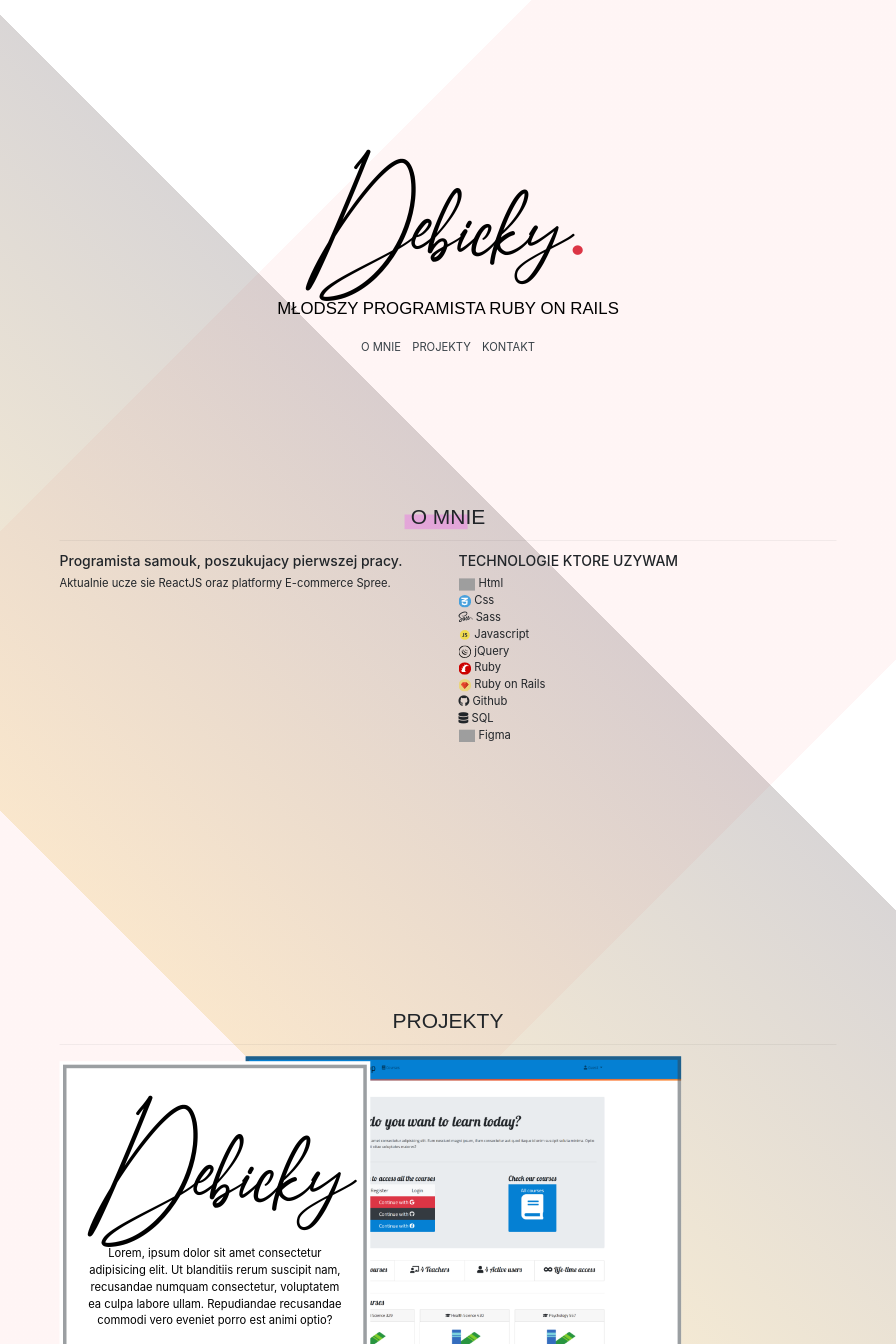
Repository: debicky/debicky.github.io
Page: index.html
The author's editor kept a copy of each file at every save. The page is drawn from the files as they stood at one save, then again after the next save.
The browser window is 1280 px wide. The pictures show the part of the page from y = 0 to 1920 px (the page is 4139 px tall before and 4283 px after), at 70% of full size.
Pictures or frames that could not be fetched are drawn as grey boxes. Some web fonts or font styles are not loaded; a fallback is used. Some web libraries are served in a nearby version.

Above is the page before, as saved 2020-06-14 16:00:32.

### index.html
<!DOCTYPE html>
<html lang="en">
<head>
  <meta charset="UTF-8">
  <meta name="viewport" content="width=device-width, initial-scale=1.0">
  <title>Debicky</title>
  <link rel="stylesheet" href="https://stackpath.bootstrapcdn.com/bootstrap/4.5.0/css/bootstrap.min.css" integrity="sha384-9aIt2nRpC12Uk9gS9baDl411NQApFmC26EwAOH8WgZl5MYYxFfc+NcPb1dKGj7Sk" crossorigin="anonymous">
  <link rel="stylesheet" href="https://cdnjs.cloudflare.com/ajax/libs/font-awesome/5.11.2/css/all.min.css">
  <link rel="stylesheet" href="styles.css">
  <link rel="stylesheet" href="https://unpkg.com/aos@next/dist/aos.css" />

</head>
<body>


  <header>
    <div class="signature" data-aos="fade-in" data-aos-duration="2000">
      <h5 class="signature-heading ">Debicky<span class="text-danger font-weight-bolder">.</span></h5>
      <h3 class="signature-subheading">Młodszy Programista Ruby on Rails</h3>
    </div>

    <div class="container">
      <nav class="navbar navbar-expand-md p-0 rounded" data-aos="fade-in" data-aos-duration="3000">
        <button class="navbar-toggler" type="button" data-toggle="collapse" data-target="#navbarSupportedContent" aria-controls="navbarSupportedContent" aria-expanded="false" aria-label="Toggle navigation">
          <i class="fas fa-bars"></i>
          <i class="fas fa-times"></i>
        </button>

        <div class="collapse navbar-collapse d-md-flex justify-content-center" id="navbarSupportedContent">
          <ul class="navbar-nav">
            <li class="nav-item">
              <a class="nav-link" href="#about">O mnie</a>
            </li>
            <li class="nav-item">
              <a class="nav-link" href="#projects">Projekty</a>
            </li>
            <li class="nav-item">
              <a class="nav-link" href="#contact">Kontakt</a>
            </li>
          </ul>
        </div>
      </nav>
    </div>
  </header>

  <section class="about" id="about">
    <div class="container">
      <h1 class="text-center">O mnie</h1>
      <hr>

      <div class="row">
        <div class="col-12 col-md-6 col-lg-6 mb-5 mb-md-0">
          <h5>
            Programista samouk, poszukujacy pierwszej pracy.
          </h5>
          Aktualnie ucze sie ReactJS oraz platformy E-commerce Spree.
        </div>
        <div class="col-12 col-md-6 col-lg-6 mb-5 mb-md-0">
          <h5 class="text-uppercase">Technologie ktore uzywam</h5>
            <ul class="list-unstyled">
              <li>
                <img src="/images/icons/html.svg" alt=""> Html
              </li>
              <li>
                <img src="/images/icons/css.svg" alt=""> Css
              </li>
              <li>
                <i class="fab fa-sass"></i> Sass
              </li>
              <li>
                <img src="/images/icons/js.svg" alt=""> Javascript
              </li>
              <li>
                <img src="/images/icons/jquery.svg" alt=""> jQuery
              </li>
              <li>
                <img src="/images/icons/ror.svg" alt=""> Ruby
              </li>
              <li>
                <img src="/images/icons/ruby.svg" alt=""> Ruby on Rails
              </li>
              <li>
                <i class="fab fa-github"></i> Github
              </li>
              <li>
                <i class="fas fa-database"></i> SQL
              </li>
              <li>
                <img src="/images/icons/figma.svg" alt=""> Figma
              </li>

            </ul>
        </div>
        </div>
      </div>

    </div>
  </section>




  <section class="projects" id="projects">
    <div class="container">
      <h1 class="text-center">Projekty</h1>
      <hr>

      <div class="project-1">
        <div class="about-content">
          <div class="about-description">
            <div class="signature">
              <h5 class="signature-heading">Debicky</h5>
              <p>Lorem, ipsum dolor sit amet consectetur adipisicing elit. Ut blanditiis rerum suscipit nam, recusandae numquam consectetur, voluptatem ea culpa labore ullam. Repudiandae recusandae commodi vero eveniet porro est animi optio?</p>
            </div>
          </div>
          <div class="about-image">
            <a href="/images/1.jpeg">
              <img src="/images/course.png" alt="img1">
            </a>
          </div>
        </div>
      </div>
      <div class="project-1">
        <div class="about-content">
          <div class="about-description">
            <div class="signature">
              <h5 class="signature-heading">Debicky</h5>
              <p>Lorem, ipsum dolor sit amet consectetur adipisicing elit. Ut blanditiis rerum suscipit nam, recusandae numquam consectetur, voluptatem ea culpa labore ullam. Repudiandae recusandae commodi vero eveniet porro est animi optio?</p>
            </div>
          </div>
          <div class="about-image">
            <a href="/images/1.jpeg">
              <img src="/images/blog.png" alt="img1">
            </a>
          </div>
        </div>
      </div>
      <div class="project-1">
        <div class="about-content">
          <div class="about-description">
            <div class="signature">
              <h5 class="signature-heading">Debicky</h5>
              <p>Lorem, ipsum dolor sit amet consectetur adipisicing elit. Ut blanditiis rerum suscipit nam, recusandae numquam consectetur, voluptatem ea culpa labore ullam. Repudiandae recusandae commodi vero eveniet porro est animi optio?</p>
            </div>
          </div>
          <div class="about-image">
            <a href="/images/1.jpeg">
              <img src="/images/shop.png" alt="img1">
            </a>
          </div>
        </div>
      </div>

    </div>
  </section>

  <section class="contact" id="contact">
    <div class="container">
      <h1 class="text-center">Kontakt</h1>
      <hr>

      <div class="row">
        <div class="col-12 col-md-6 col-lg-6 mb-5 mb-md-0">
          <div class="jumbotron">
            Potrzebujesz wiecej informacji?
            Wyslij mi wiadomosc e-mail lub skontaktuj sie przez Messenger!
          </div>
        </div>
        <div class="col-12 col-md-6 col-lg-6 mb-5 mb-md-0">
          <div class="jumbotron">SECOND</div>
        </div>
      </div>
    </div>
  </section>


  <footer class="py-5" id="footer">
    <div class="up" id="up">
      <i class="fas fa-chevron-up"></i>
    </div>
    <div class="container">
      <div class="row">
        <div class="col-12 col-md-5 col-lg-4 mb-5 mb-md-0">
          <div class="signature-footer">
            <h5 class="signature-footer-heading">Debicky<span class="text-danger font-weight-bolder">.</span></h5>
            <h3 class="signature-footer-subheading">Programista Ruby on Rails</h3>
          </div>
          <small class="d-block mt-2 text-muted">&copy; 2020</small>
        </div>
        <div class="col-12 col-md-5 col-lg-4 mb-5">
          <h5 class="text-uppercase">Media</h5>
            <ul class="list-unstyled mb-0">
              <li>
                <a href="https://www.facebook.com/artur.debicki.5" class="text-muted"><i class="fab fa-facebook"></i> Facebook</a>
              </li>
              <li>
                <a href="https://www.instagram.com/debicky" class="text-muted"><i class="fab fa-instagram"></i> Instagram</a>
              </li>
              <li>
                <a href="https://github.com/debicky" class="text-muted"><i class="fab fa-github"></i> Github</a>
              </li>
            </ul>
        </div>
        <div class="col-12 col-md-5 col-lg-4">
          <h5 class="text-uppercase">Kontakt</h5>
            <ul class="list-unstyled mb-0">
              <li>
                <a href="mailto:arturd444@gmail.com" class="text-muted"><i class="fas fa-envelope"></i> arturd444@gmail.com</a>
              </li>
              <li>
                <p class="text-muted"><i class="fa fa-phone"></i> +48 692 138 221</p>
              </li>
            </ul>
        </div>
      </div>
    </div>
  </footer>



  <script src="https://code.jquery.com/jquery-3.5.0.min.js" crossorigin="anonymous"></script>
  <script src="https://cdn.jsdelivr.net/npm/popper.js@1.16.0/dist/umd/popper.min.js" integrity="sha384-Q6E9RHvbIyZFJoft+2mJbHaEWldlvI9IOYy5n3zV9zzTtmI3UksdQRVvoxMfooAo" crossorigin="anonymous"></script>
  <script src="https://stackpath.bootstrapcdn.com/bootstrap/4.5.0/js/bootstrap.min.js" integrity="sha384-OgVRvuATP1z7JjHLkuOU7Xw704+h835Lr+6QL9UvYjZE3Ipu6Tp75j7Bh/kR0JKI" crossorigin="anonymous"></script>
  <script src="https://unpkg.com/aos@next/dist/aos.js"></script>
  <script src="script.js"></script>

</body>
</html>

### styles.css
@import url('https://fonts.googleapis.com/css?family=Playfair+Display+SC|Roboto:300,400&display=swap');

@font-face {
  font-family: "AmostelySignature";
  src: url("/fonts/AmostelySignature.ttf");
  }


* {
  margin: 0;
  padding: 0;
  box-sizing: border-box;
}

body {
  background-image: linear-gradient(45deg, transparent 0%, transparent 55%,rgba(238, 202, 125, 0.336) 55%, rgba(83, 67, 67, 0.219) 76%,transparent 76%, transparent 100%),linear-gradient(135deg, transparent 0%, transparent 14%,rgba(255,1,1, 0.04) 14%, rgba(255,1,1, 0.04) 41%,transparent 41%, transparent 100%),linear-gradient(45deg, transparent 0%, transparent 2%,rgba(255,1,1, 0.04) 2%, rgba(255,1,1, 0.04) 18%,transparent 18%, transparent 100%),linear-gradient(135deg, transparent 0%, transparent 61%,rgba(255,1,1, 0.04) 61%, rgba(255,1,1, 0.04) 71%,transparent 71%, transparent 100%),linear-gradient(90deg, rgb(255,255,255),rgb(255,255,255));
}

html {
  font-family: "Roboto", sans-serif;
}

a:hover {
  text-decoration: none;;
}

/* Heading */

header{
  height: 100vh;
  width: 100%;
  display: flex;
  flex-direction: column;
  align-items: center;
  justify-content: center;

}

.signature{
  color: black;
  text-align: center;
  user-select: none;
}

.signature-heading{
  font-family: 'AmostelySignature', cursive;
  font-size: 10rem;
  margin-bottom: 30px;
}

.signature-subheading{
  font-family: 'Playfair Display SC', sans-serif;
  font-size: 1.5rem;
  text-transform: uppercase;
  margin-bottom: 20px;
}

/* Navbar */

.navbar{
  background-color: #384147;
}

.navbar-toggler i{
  color: #fff;
  font-size: 1.2rem;
}

.navbar-toggler .fa-times{
  display: none;
}

.navbar-toggler.menu-open  .fa-bars{
  display: none;
}

.navbar-toggler.menu-open  .fa-times{
  display: block;
}

.navbar-nav{
  padding: 20px;
}

.nav-link{
  color: #fff;
  text-transform: uppercase;
  transition: opacity .5s;
  font-size: 1rem;
}

.nav-link:hover{
  color: maroon;
}

/* About */

.about{
  height: 100vh;
}

.about h1 {
  position: relative;
  z-index: 1;
}

.about h1::before {
  content: ' ';
  position: absolute;
  width: 3em;
  background: #ec52ec57;
  height: .7em;
  bottom: 0;
  z-index: -1;
  margin-left: -.3em;
}

.about img{
height: 18px;
}

.about-description{
  width: 100%;
  background-color: #fff;
  padding: 40px;
  outline: 5px solid rgba(56, 65, 71, 0.5);
  outline-offset: -5px;
  order: 1;
  margin-top: 5px;
}

.about-image{
  order: 2;
}

.about-image img{
  outline: 5px solid rgba(56, 65, 71, 0.5);
  outline-offset: -5px;
  width: 100%;
  height: auto;
  display: block;
}

.about-image a::after{
  font-family: 'Font Awesome 5 Free';
  content: "\f35d";
  font-weight: 600;
  position: absolute;
  top: 50%;
  left: 50%;
  transform: translate(-50%, -50%);
  color: maroon;
  font-size: 25px;
  z-index: 101;
  width: 70px;
  height: 70px;
  border: 3px solid maroon;
  border-radius: 100%;
  display: flex;
  align-items: center;
  justify-content: center;
  opacity: 0;
  transition: opacity .5s;
}

.about-image a:hover::after{
  opacity: .7;
}


/* Projects */

section h1{
  font-family: 'Playfair Display SC', sans-serif;
  font-size: 30px;
  text-transform: uppercase;
}

.project-1{
  margin-bottom: 10rem;
}





/* Contact */

.contact{
  height: 80vh;
}


.jumbotron{
  width: 100%;
  display: flex;
  align-items: center;
  justify-content: center;
}

/* Footer */


footer {
  background-color: #151515;
  color: #fff;
}

.signature-footer{
  user-select: none;
}

.signature-footer-heading{
  font-family: 'AmostelySignature', cursive;
  font-size: 50px;
  margin-bottom: 30px;
  color: #fff;
}

.signature-footer-subheading{
  font-family: 'Playfair Display SC', sans-serif;
  font-size: 12px;
  text-transform: uppercase;
  color: #fff;
}

footer h5{
  font-family: 'Playfair Display SC', sans-serif;

}


a.text-muted:hover{
  color: maroon !important;
}

.up{
  position: absolute;
  width: 5rem;
  height: 5rem;
  background-color: #fff;
  right: 3rem;
  border-radius: 100%;
  display: flex;
  animation: pulse 2.5s infinite;
  cursor: pointer;
  z-index: 1;
}

.up i{
  color: #151515;
  font-size: 2rem;
  margin: auto;
}

@keyframes pulse {
  0%{
    box-shadow: 0 0 0 0 rgba(238, 132, 125, 0.99);
  }
  70%{
    box-shadow: 0 0 0 2rem rgba(238, 202, 125, 0);

  }
  100%{
    box-shadow: 0 0 0 0 rgba(238, 202, 125, 0);

  }
}

/* Responsive */

@media screen and (min-width: 768px) {
  .navbar{
    background-color: transparent;
  }
  .navbar-nav{
    padding: 0;
  }
  .nav-link{
    color: #384147;
  }

  nav:hover .nav-link:not(:hover){
    opacity: .5;
  }

  .about-content{
    position: relative;
    display: block;
  }

  .about-description{
    position: absolute;
    top: 80%;
    transform: translateY(-50%);
    width: 60%;
    outline-offset: -10px;
  }

  .about-image img{
    width: 70%;
    margin-left: auto;
  }
}

@media screen and (min-width: 1200px) {
  .about-description{
    top: 50%;
    width: 40%;
  }

  .about-image{
    width: 80%;
  }


}

### script.js
$(document).ready(function () {

  AOS.init();


  $('.navbar-toggler').on('click', function () {
    $(this).toggleClass('menu-open');
  })

  $('.navbar .nav-link').on('click', function () {
    $('.navbar-collapse').toggleClass('show')
    $('.navbar-toggler').removeClass('menu-open')
  });

  $('nav a[href*="#').on('click', function () {
    $('html, body').animate({
      scrollTop: $($(this).attr('href')).offset().top
    }, 900);
  });

  $('#up').on('click', function () {
    $('html, body').animate({
      scrollTop: 0
    }, 900);
  });






})

After the next save:
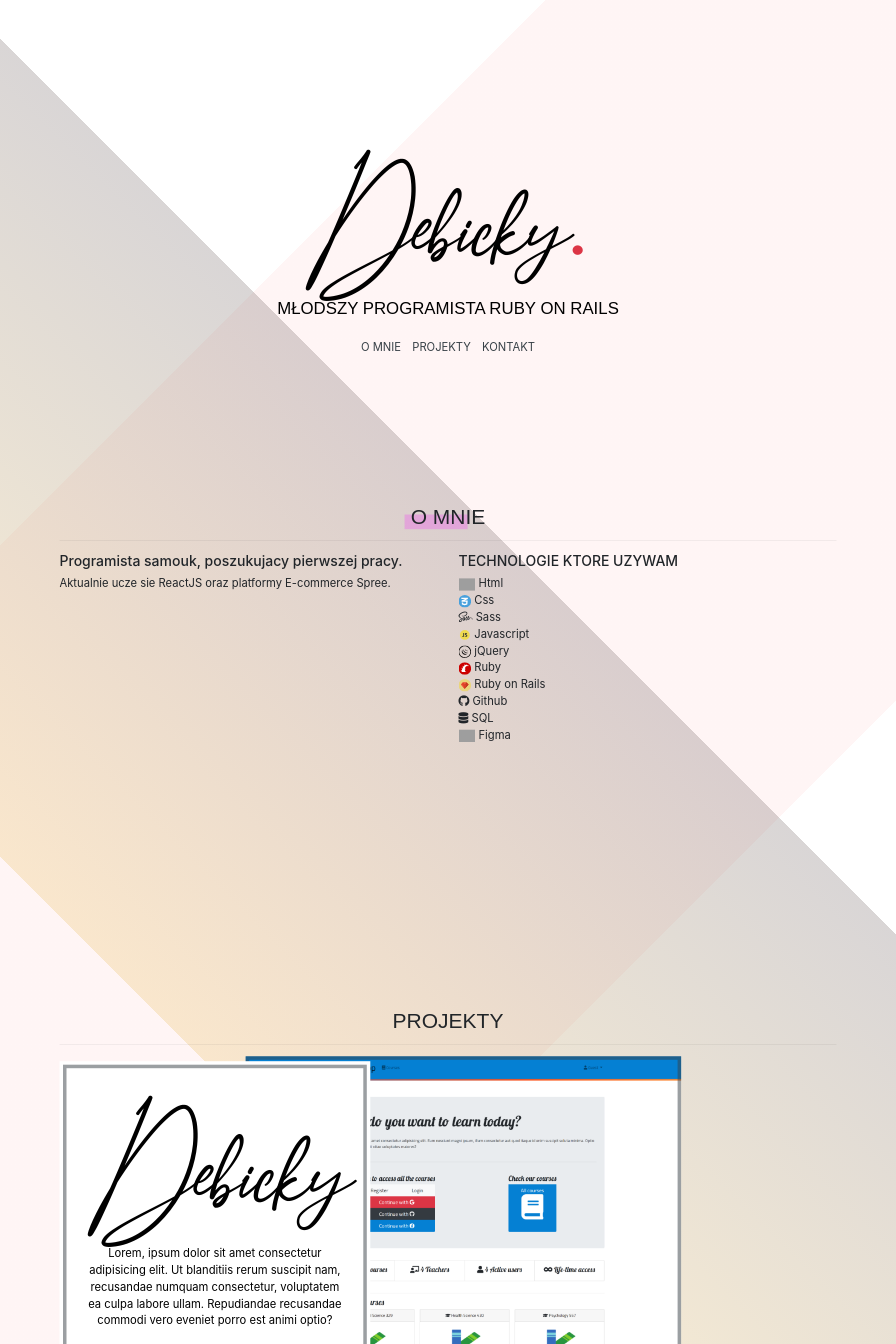
Saved 6 s later.
--- a/styles.css
+++ b/styles.css
@@ -187,7 +187,7 @@ section h1{
 /* Contact */
 
 .contact{
-  height: 80vh;
+  height: 100vh;
 }
 
 

After the 6 saves that followed:
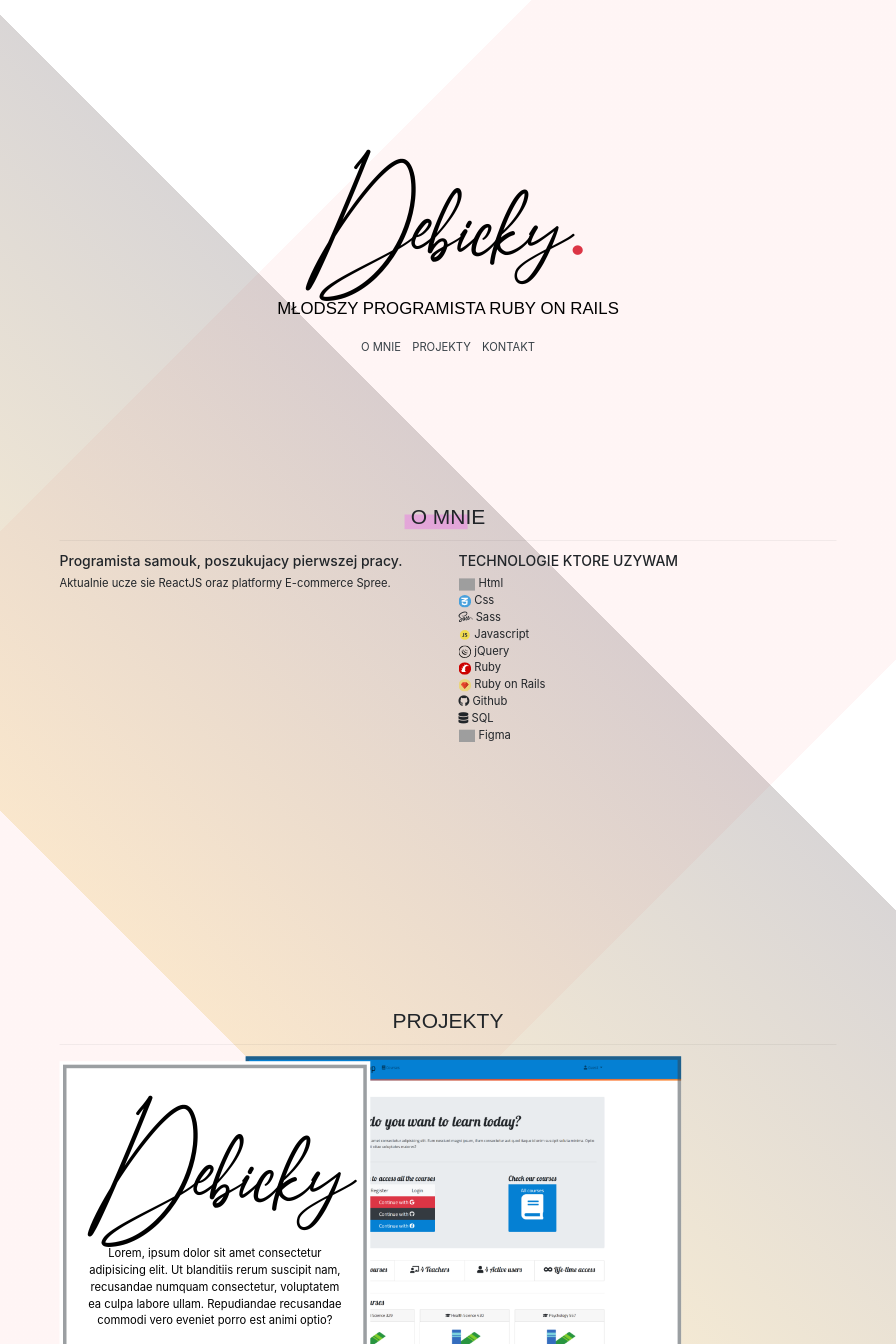
The 6 saves are shown as one change because 1 left the picture as it was and some came seconds apart.
The last was saved 81 s later.
--- a/styles.css
+++ b/styles.css
@@ -301,6 +301,10 @@ a.text-muted:hover{
     width: 70%;
     margin-left: auto;
   }
+
+  .contact{
+    height: 80vh;
+  }
 }
 
 @media screen and (min-width: 1200px) {
